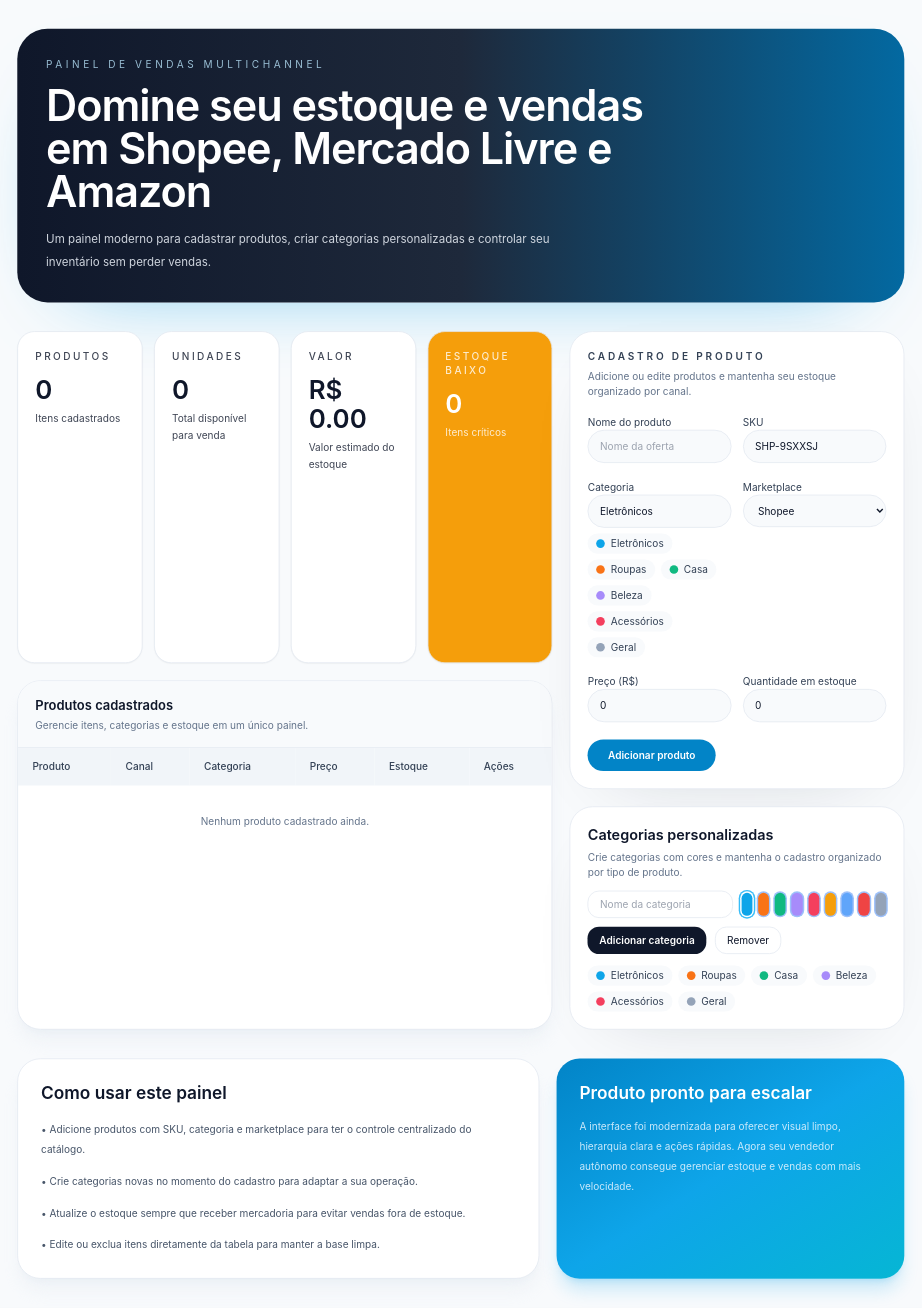
Repository: jorcardjunior/Ponto-Das-Ofertas-
Page: /
An editor plug-in stored every save of this project. The page is shown before and after the next save, followed by the edit.
The browser window is 1280 px wide. The pictures show the whole page, at 72% of full size.
The project was rebuilt for these pictures with package versions that can differ from the ones it lists, and the page was loaded fresh each time. The framework's server and built-in components were replaced by stand-ins that run in the browser. Also part of the build but not shown: next.config.js, next.config.mjs.

Above is the page before, as saved 2026-06-07 00:50:23.

After the next save:
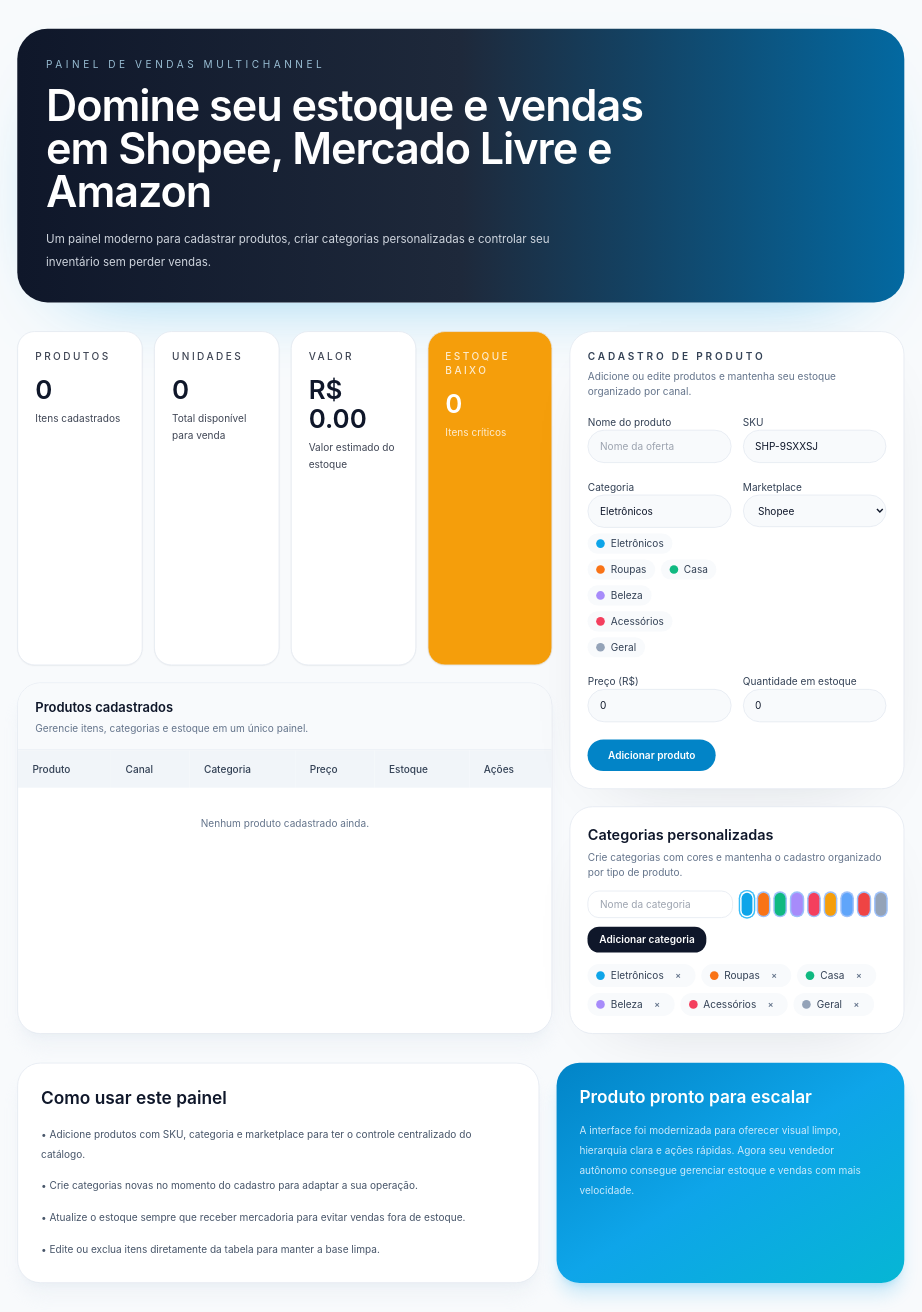
Saved 7 s later.
--- a/components/CategoryManager.tsx
+++ b/components/CategoryManager.tsx
@@ -33,20 +33,26 @@ export function CategoryManager({ categories, onCreate, onDelete }: Props) {
         </div>
       </div>
 
-      <div className="mt-3 flex gap-3">
+      <div className="mt-3">
         <button onClick={handleAdd} className="rounded-2xl bg-slate-900 px-4 py-2 text-sm font-semibold text-white">Adicionar categoria</button>
-        {onDelete && (
-          <button onClick={() => onDelete(name)} className="rounded-2xl border border-slate-200 px-4 py-2 text-sm">Remover</button>
-        )}
       </div>
 
       <div className="mt-4 flex flex-wrap gap-2">
-        {categories.map((c) => (
-          <div key={c.name} className="inline-flex items-center gap-2 rounded-full bg-slate-50 px-3 py-1 text-sm">
-            <span className="h-3 w-3 rounded-full" style={{ background: c.color }} />
-            <span className="text-slate-700">{c.name}</span>
-          </div>
-        ))}
+        {categories.length === 0 ? (
+          <div className="rounded-2xl border border-dashed border-slate-300 px-4 py-3 text-sm text-slate-500">Nenhuma categoria cadastrada ainda.</div>
+        ) : (
+          categories.map((c) => (
+            <div key={c.name} className="inline-flex items-center gap-2 rounded-full bg-slate-50 px-3 py-1 text-sm">
+              <span className="h-3 w-3 rounded-full" style={{ background: c.color }} />
+              <span className="text-slate-700">{c.name}</span>
+              {onDelete && (
+                <button type="button" onClick={() => onDelete(c.name)} className="rounded-full px-2 py-1 text-xs font-semibold text-slate-500 transition hover:text-slate-900">
+                  ×
+                </button>
+              )}
+            </div>
+          ))
+        )}
       </div>
     </div>
   );
